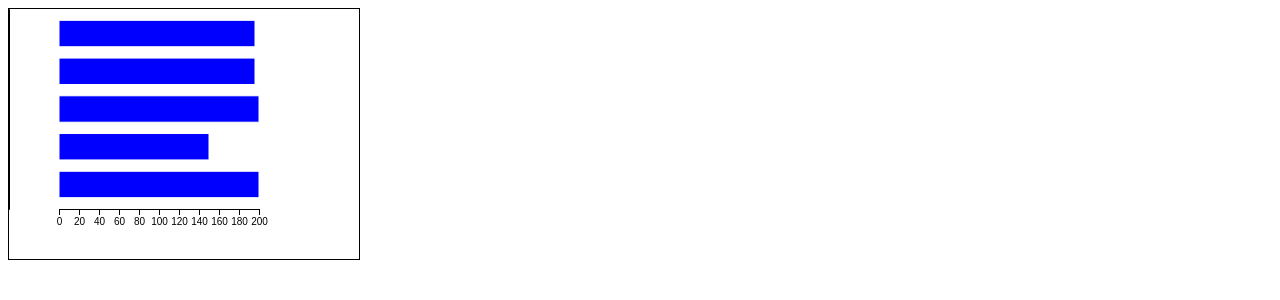
Repository: ducdatit2002/Data-Visualization-Coursera
Page: WEEK2/Demo/demo_adding_annotations.html
The author's editor kept a copy of each file at every save. The page is drawn from the files as they stood at one save, then again after the next save.
The browser window is 1280 px wide. The pictures show the whole page.

Above is the page before, as saved 2023-10-07 00:19:46.

### WEEK2/Demo/demo_adding_annotations.html
<html>
  <head></head>
  <body>
    <svg
      id="container"
      height="250"
      width="350"
      style="border: 1px solid black"
    >
      <g id="body" style="transform: translate(50px, 0px)"></g>
      <g id="yAxis"></g>
      <g id="xAxis"></g>
    </svg>
  </body>
  <script src="https://cdn.jsdelivr.net/npm/d3@7"></script>
  <script>
    let body = d3.select("#body");
    d3.csv("data.csv").then(showData);

    function showData(clients) {
      let max = d3.max(clients, (d) => d.Weight);
      let scale = d3.scaleLinear().range([0, 200]).domain([0, max]);

      let scalePosition = d3
        .scaleBand()
        .range([0, 200])
        .domain(clients.map((d) => d.Name))
        .padding(0.3);

      let join = body.selectAll("rect").data(clients);

      join
        .enter()
        .append("rect")
        .style("fill", "blue")
        .style("stroke", "white")
        .attr("width", (d) => scale(d.Weight))
        .attr("height", scalePosition.bandwidth())
        .attr("y", (d) => scalePosition(d.Name));

      let xAxis = d3.axisBottom(scale);
      d3.select("#xAxis").attr("transform", "translate(50,200)").call(xAxis);

      let yAxis = d3.axisLeft(scalePosition);
      d3.select("#yAxis").attr("transform","translate(50,)").call(yAxis);
    }
  </script>
</html>

After the next save:
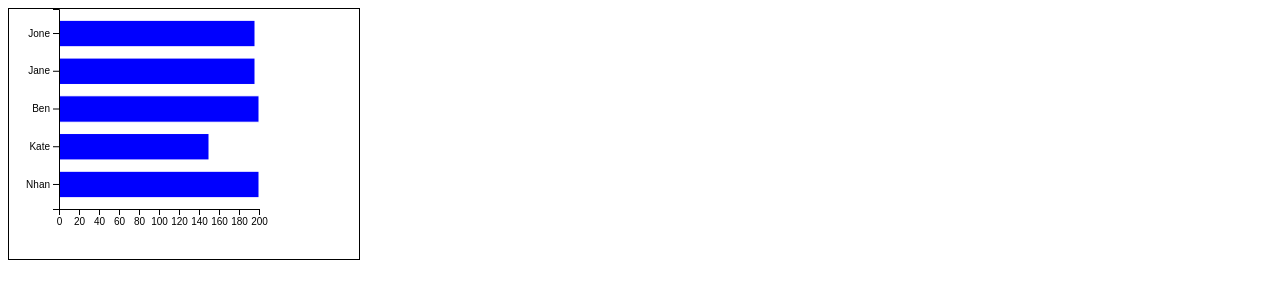
Saved 5 s later.
--- a/WEEK2/Demo/demo_adding_annotations.html
+++ b/WEEK2/Demo/demo_adding_annotations.html
@@ -42,7 +42,7 @@
       d3.select("#xAxis").attr("transform", "translate(50,200)").call(xAxis);
 
       let yAxis = d3.axisLeft(scalePosition);
-      d3.select("#yAxis").attr("transform","translate(50,)").call(yAxis);
+      d3.select("#yAxis").attr("transform","translate(50,0)").call(yAxis);
     }
   </script>
 </html>
